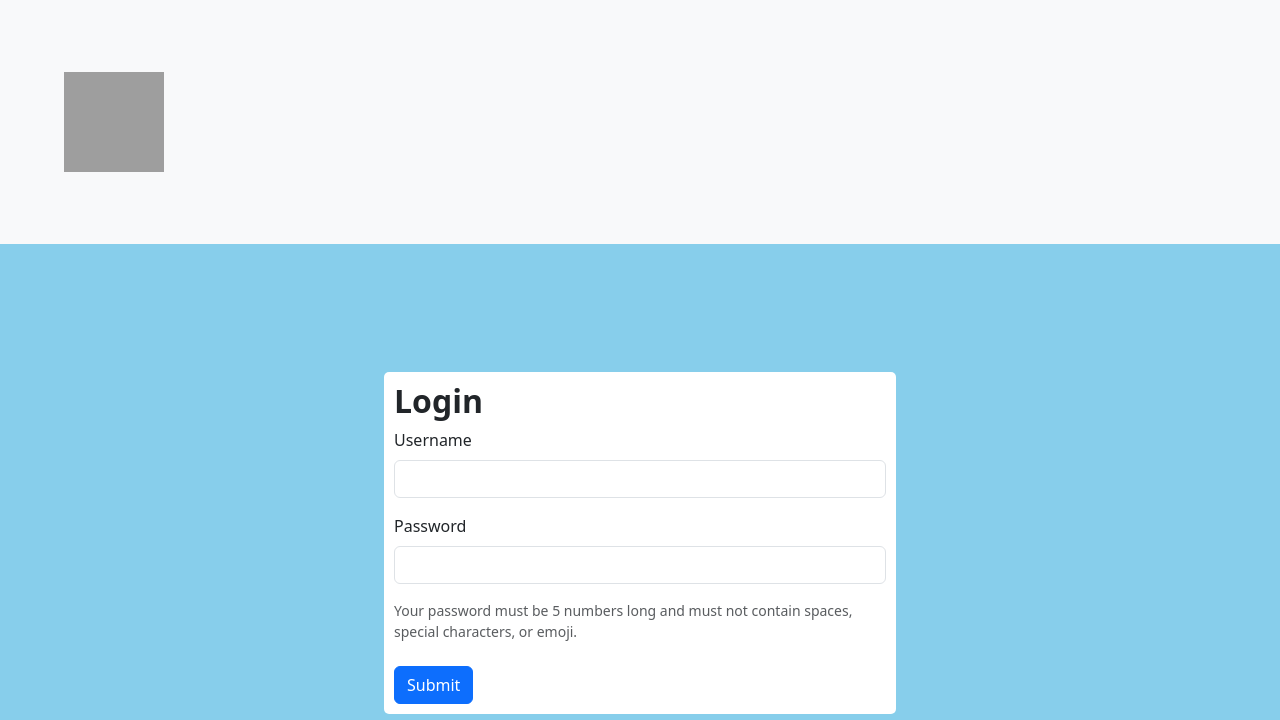
Repository: sarathraj2002/todo-list
Page: login.html
The author's editor kept a copy of each file at every save. The page is drawn from the files as they stood at one save, then again after the next save.
The browser window is 1280 px wide. The pictures show the whole page.
Pictures or frames that could not be fetched are drawn as grey boxes.

Above is the page before, as saved 2024-09-05 11:42:28.

After the next save:
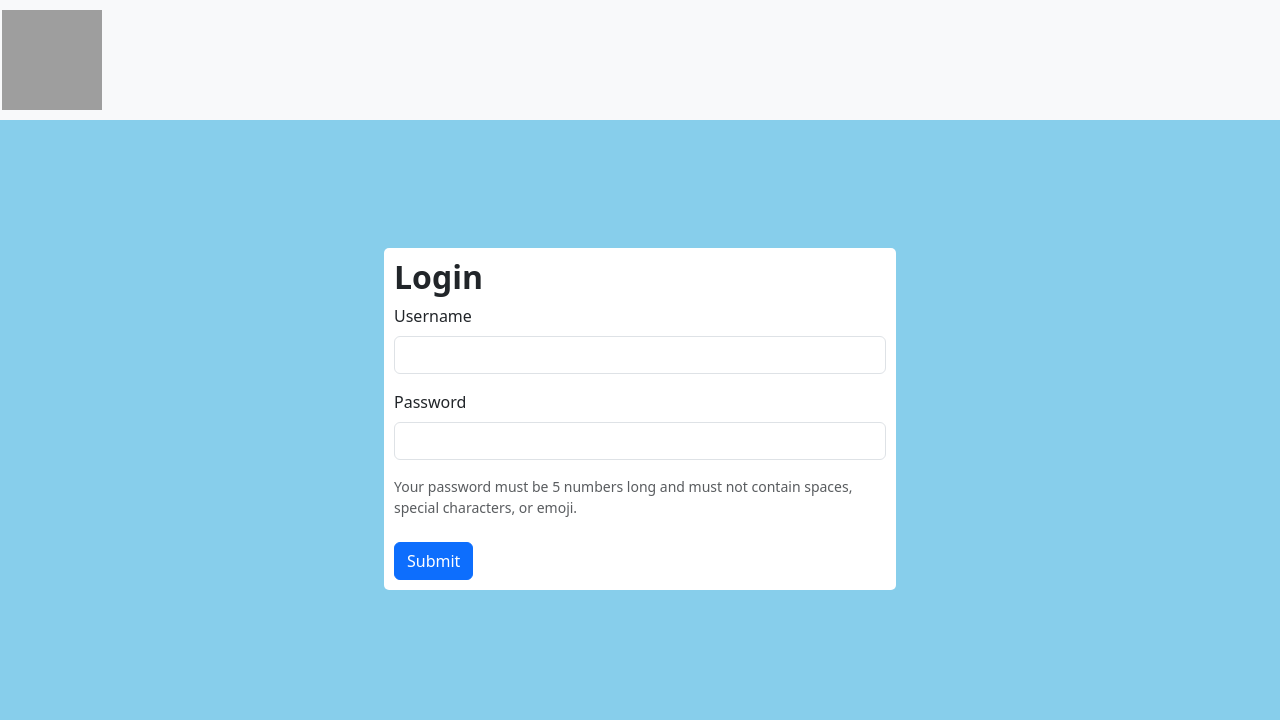
Saved 8 s later.
--- a/style.css
+++ b/style.css
@@ -20,5 +20,5 @@ body{
 }
 .container-fluid{
     width: 100%;
-    padding: 5%;
+    padding: 2px;
 }
